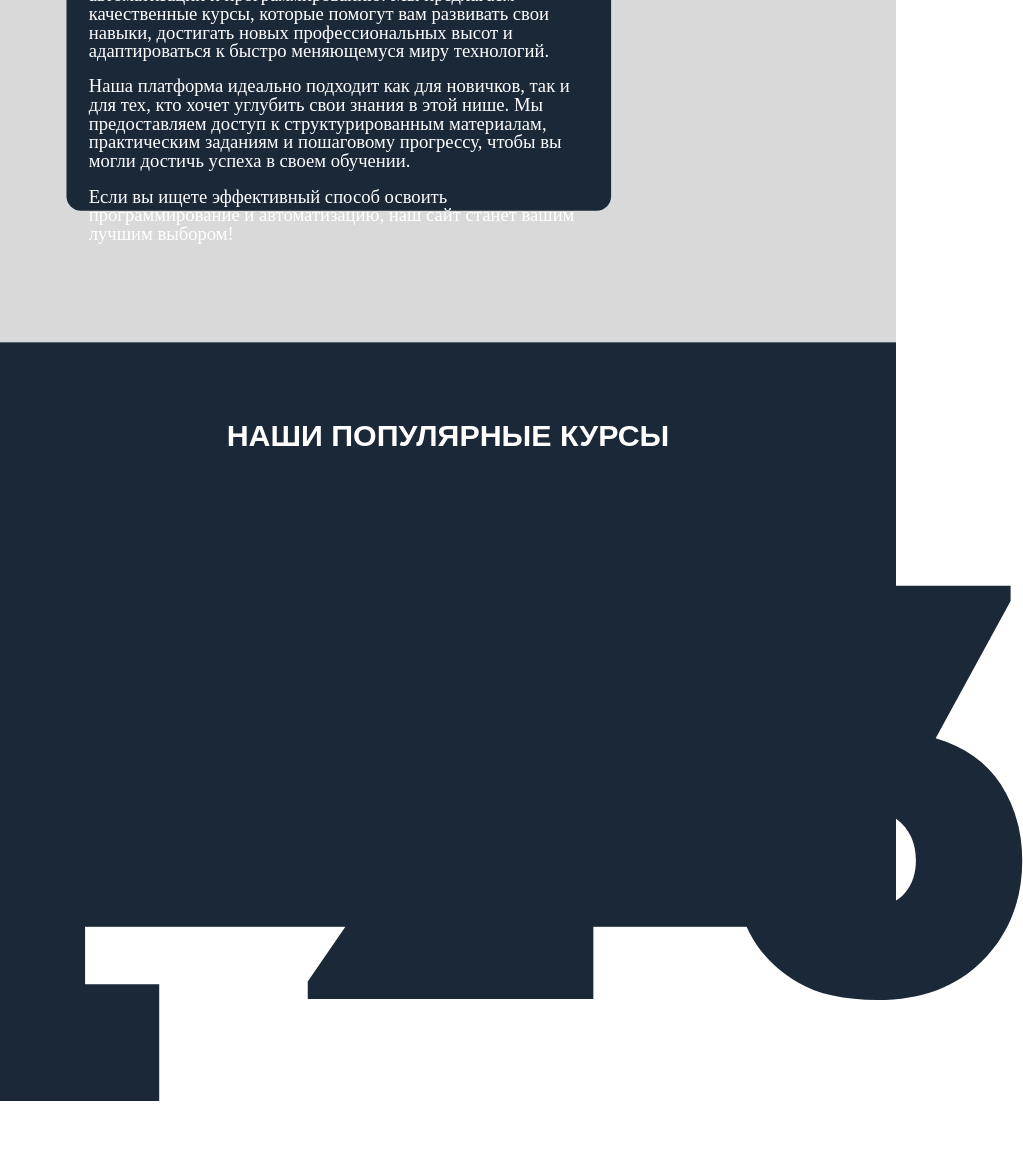
Repository: marjango/course
Page: /
An editor plug-in stored every save of this project. The page is shown before and after the next save, followed by the edit.
The browser window is 1280 px wide. The page is 1462 px wide, so the pictures cover 1462 px, including what lies to the right of the window. The pictures show the part of the page from y = 1200 to 2880 px (the page is 2880 px tall), at 70% of full size.
The project was rebuilt for these pictures with package versions that can differ from the ones it lists, and the page was loaded fresh each time. The framework's server and built-in components were replaced by stand-ins that run in the browser. Also part of the build but not shown: next.config.ts.

Above is the page before, as saved 2025-03-25 01:56:18.

### app/layout.tsx
import type { Metadata } from "next";
import "./globals.css";
import './fonts.css';


export const metadata: Metadata = {
  title: "сourse",
  description: "it course",
};

export default function RootLayout({
  children,
}: Readonly<{
  children: React.ReactNode;
}>) {
  return (
    <html lang="en">
      <body

      >
        {children}
      </body>
    </html>
  );
}

### app/page.tsx
import Image from "next/image";
import Mainpage from "./mainpage/page";


export default function Home() {
  return (
    <>
     <Mainpage/>
    </>
  );
}

### app/globals.css
@import "tailwindcss";

* {
  font-family: 'Doloman Pavljenko';
}

h1 {
  font-family: 'Intro Friday', sans-serif;
  font-size: 3.39vw;
  line-height: 1.2;
  color: white;
  font-weight: bold;
  text-transform: uppercase;
}

### app/fonts.css
@font-face {
    font-family: 'Doloman Pavljenko';
    src: url("/public/fonts/DolomanPavljenko.otf") format('otf'),
    url("/public/fonts/DolomanPavljenko.otf") format('otf');
    font-weight: normal;
    font-style: normal;
  }

   @font-face {
     font-family: "Intro Friday";
     src: url("/public/fonts/Intro\ Friday\ Regular.ttf") format("ttf"),
     url("/public/fonts/Intro\ Friday\ Regular.ttf") format("ttf");
     font-weight: normal;
     font-style: normal;
   }

### app/mainpage/page.tsx
import React from "react";
import s from "./main.module.css";
import Link from "next/link";
import Image from "next/image";
import img1 from './img/1.svg'
import img2 from './img/2.svg'
import img3 from './img/3.svg'

const Mainpage = () => {
  return (
    <>
      <div className={s.container}>
        <div className={s.header}>
          <Link href="./auth/login" className={s.logo}>
            logo
          </Link>

          <div className={s.nav}>
            <Link href="#">Обучение</Link>
            <Link href="#">Курсы</Link>
            <Link href="#">Цены</Link>
            <Link href="#">О нас</Link>
            <Link href="#">Контакты</Link>
          </div>

          <div className={s.auth}>
            <Link href="./auth/login" className={s.login}>
              Вход
            </Link>
            <Link href="./auth/registration" className={s.registration}>
              Регистрация
            </Link>
          </div>
        </div>
        <div className={s.hero}>
          <h1>
            АВТОМАТИЗАЦИЯ В ДЕЙСТВИИ, IT В ОБУЧЕНИИ, БУДУЩЕЕ В ТВОИХ РУКАХ!
          </h1>
          <div className={s.btns}>
            <Link href="#" className={s.btn1}>
              Начни сейчас
            </Link>
            <Link href="#" className={s.btn2}>
              Подробнее
            </Link>
          </div>
        </div>
      </div>
      <div className={s.about}>
        <h1>О платформе</h1>
        <div className={s.aboutText}>
          <p>
            Современная онлайн-платформа, созданная для обучения автоматизации и
            программированию. Мы предлагаем качественные курсы, которые помогут
            вам развивать свои навыки, достигать новых профессиональных высот и
            адаптироваться к быстро меняющемуся миру технологий.
          </p>
          <br />
          <p>
            Наша платформа идеально подходит как для новичков, так и для тех,
            кто хочет углубить свои знания в этой нише. Мы предоставляем доступ
            к структурированным материалам, практическим заданиям и пошаговому
            прогрессу, чтобы вы могли достичь успеха в своем обучении.
          </p>
          <br />
          <p>
            Если вы ищете эффективный способ освоить программирование и
            автоматизацию, наш сайт станет вашим лучшим выбором!
          </p>
        </div>
      </div>
      <div className={s.coursesContainer}>
        <h1>Наши популярные курсы</h1>
        <div className={s.courses}>
          <div className={s.course1}>
            <Image
              src={img1}
              width={415}
              height={235}
              alt="course"
            />
            <p>Основы <br/> информационных <br/>технологий</p>
          </div>

          <div className={s.course2}>
            <Image
              src={img2}
              width={415}
              height={252}
              alt="course"
            />
            <p>Программирование и разработка программного обеспечения</p>
          </div>

          <div className={s.course3}>
            <Image
              src={img3}
              width={415}
              height={238}
              alt="course"
            />
            <p>Автоматизация</p>
          </div>
        </div>
      </div>
      <div className={s.recc}></div>
    </>
  );
};

export default Mainpage;

### app/mainpage/main.module.css
.container {
    position: relative; /* Необходимо для позиционирования псевдоэлемента */
    width: 100%;
    height: 66.67vw;
    padding: 7.03vw 7.29vw 0 7.29vw;
    background-color: #131C27; /* Задаем цвет фона без прозрачности */
  }

  .container::before {
    content: '';
    position: absolute;
    top: 0;
    left: 0;
    width: 100%;
    height: 100%;
    background-image: url(./img/background.svg);
    background-size: cover;
    background-position: center;
    background-repeat: no-repeat;
    opacity: 0.4;
    z-index: 1;
    pointer-events: none; /* Отключаем события мыши */
  }
  .header {
    background: transparent;
    display: flex;
    justify-content: space-between;
    align-items: center;
    width: 100%;
  }

  .logo {
    margin-right: 17.08vw;
    padding: 0.52vw 1.35vw;
    background-color: #d9d9d9;
    border: none;
    border-radius: 1.51vw;
    color: #064b9b;
    font-size: 2.08vw;
    line-height: 2.08vw;
    font-weight: 300;
  }

  .nav {
    justify-self: center;
    color: white;
    font-size: 1.82vw;
    font-weight: 300;
    display: flex;
    gap: 3.8vw;
  }

  .auth {
    margin-left: 5.57vw;
    display: flex;
    gap: 1.72vw;
  }

  .login {
    background-color: #d9d9d9;
    width: 6.15vw;
    height: 3.13vw;
    display: flex;
    justify-content: center;
    align-items: center;
    border: none;
    border-radius: 1.51vw;
    color: black;
    font-size: 1.8vw;
    line-height: 1.8vw;
    font-weight: 300;
  }

  .registration {
    background-color: #1b2838;
    width: 9.79vw;
    height: 3.13vw;
    display: flex;
    justify-content: center;
    align-items: center;
    border: none;
    padding: 0.67vw 1.04vw;
    border-radius: 1.51vw;
    color: white;
    font-size: 1.8vw;
    line-height: 1.8vw;
    font-weight: 300;
  }

  .hero {
    padding-top: 13.54vw;
  }

  .hero h1 {
    color: white;
    font-size: 3.39vw;
    max-width: 52.08vw;
  }

  .btns {
    margin-top: 2.34vw;
    display: flex;
    align-items: center;
    gap: 1.93vw;
  }

  .btn1 {
    width: 12.5vw;
    height: 3.65vw;
    background-color: #1B2838;
    color: white;
    border-radius: 1.85vw;
    display: flex;
    justify-content: center;
    align-items: center;
    font-size: 1.82vw;
  }

  .btn2 {
    color: white;
    font-size: 1.82vw;
  }
  .about {
    height: 65.26vw;
    background-color: #D9D9D9;
    padding: 12.81vw 7.45vw 15.31vw 7.45vw;
  }

  .about h1 {
    color: #1B2838;
  }

  .aboutText {
    margin-top: 3.75vw;
    background-color: #1B2838;
    border-radius: 1.61vw;
    width: 60.73vw;
    height: 30vw;
    padding: 2.81vw 2.45vw;
  }

  .aboutText p {
    color: white;
    font-size: 2.08vw;
    line-height: 2.08vw;
    font-weight: 300;
  }


  .coursesContainer{
    height: 65.26vw;
    background-color: #1B2838;
    padding: 307px 140px;
    color: white;
    display: flex;
    justify-content: center;
    align-items: center;
    flex-direction: column;
    gap: 182px;
  }
  .courses  {
    display: flex;
    gap: 199px;
  }
  .course1, .course2, .course3 {
    width: 415px;
    display: flex;
    flex-direction: column;
    justify-content: space-between;
    text-align: center;
    font-size: 35px;
    line-height: 35px;
    font-weight: 300;
  }
  .course1, .course2, .course3 img {
    border-radius: 20px;
  }
  .course1, .course2 {
    height: 386px;
  }
  .course3 {
    height: 335px;
  }

After the next save:
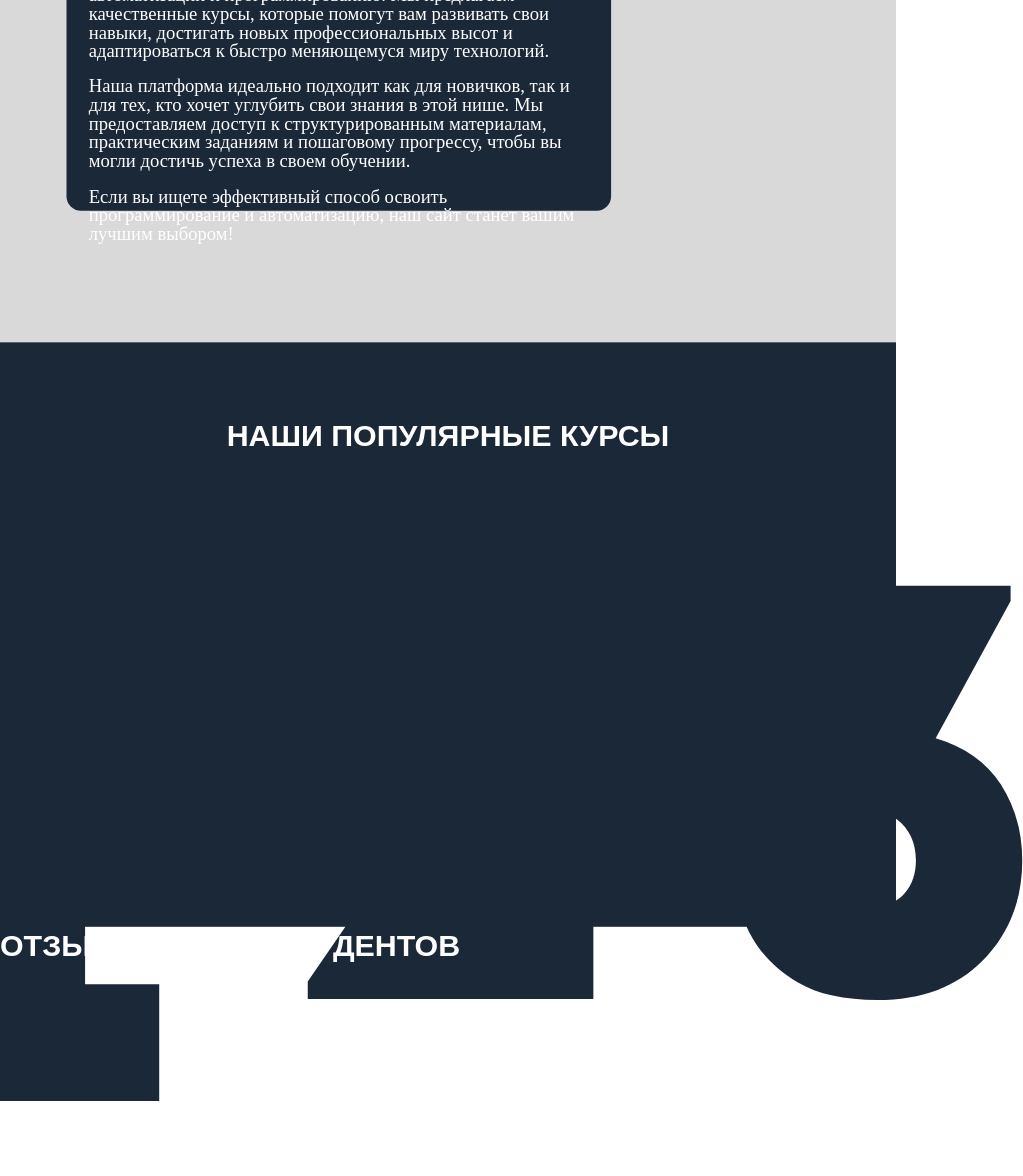
Saved 21 s later.
--- a/app/mainpage/page.tsx
+++ b/app/mainpage/page.tsx
@@ -103,7 +103,10 @@ const Mainpage = () => {
           </div>
         </div>
       </div>
-      <div className={s.recc}></div>
+      <div className={s.reviews}>
+        <h1>Отзывы наших студентов</h1>
+
+      </div>
     </>
   );
 };
